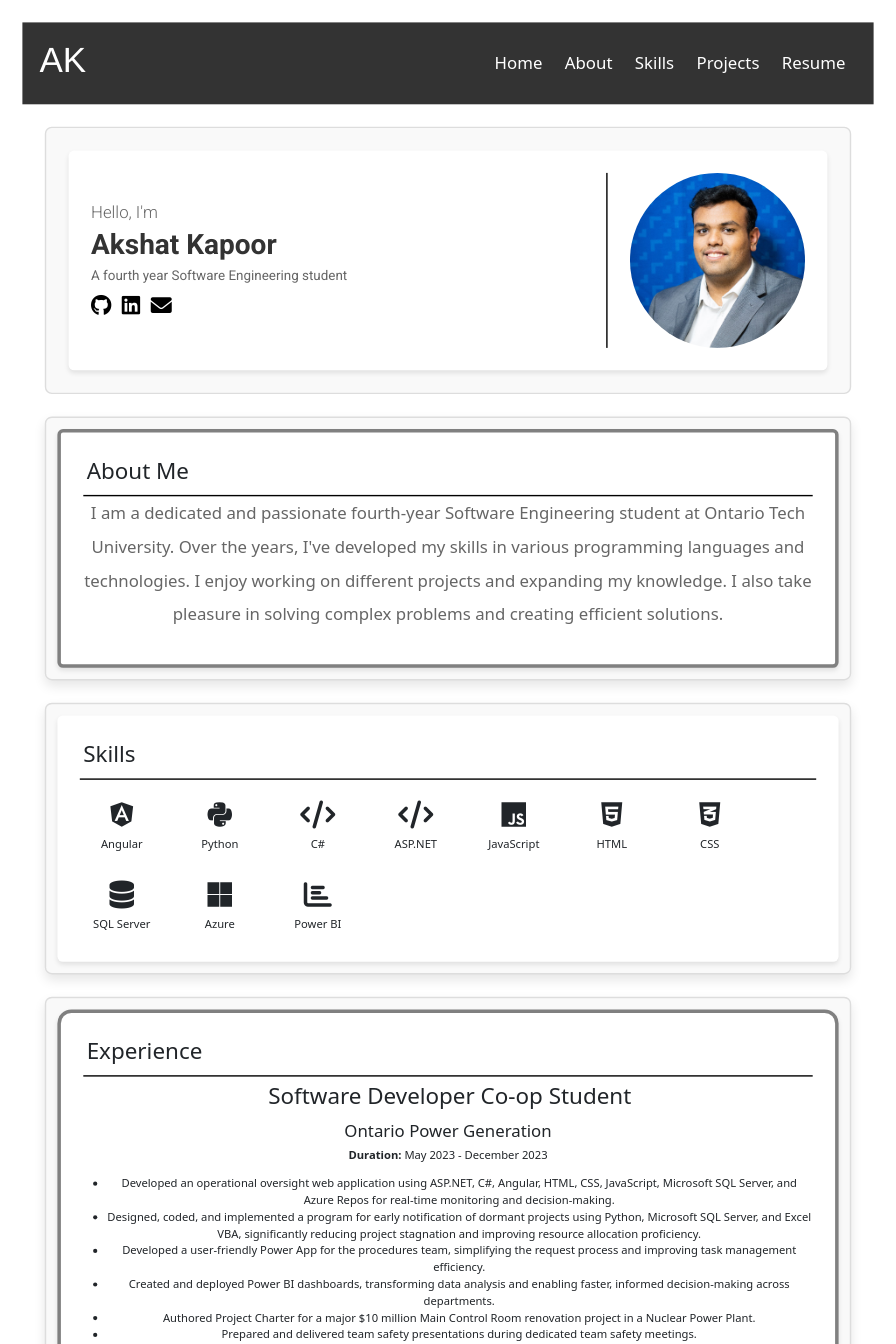
Repository: AkshatKapo/My-Portfolio
Page: /
The author's editor kept a copy of each file at every save. The page is drawn from the files as they stood at one save, then again after the next save.
The browser window is 1280 px wide. The pictures show the part of the page from y = 0 to 1920 px (the page is 3301 px tall), at 70% of full size.
The project was rebuilt for these pictures with package versions that can differ from the ones it lists, and the page was loaded fresh each time. Also part of the build but not shown: vite.config.js.

Above is the page before, as saved 2024-06-18 18:14:43.

### index.html
<!DOCTYPE html>
<html lang="en">
  <head>
    <meta charset="UTF-8" />
    <link rel="stylesheet" href="https://cdnjs.cloudflare.com/ajax/libs/font-awesome/6.0.0-beta3/css/all.min.css">
    <link rel="stylesheet" href="https://maxcdn.bootstrapcdn.com/bootstrap/4.5.2/css/bootstrap.min.css">

    <meta name="viewport" content="width=device-width, initial-scale=1.0" />
    <title>Vite + React</title>
  </head>
  <body>
    <div id="root"></div>
    <script type="module" src="/src/main.jsx"></script>
  </body>
</html>

### src/main.jsx
import React from 'react'
import ReactDOM from 'react-dom/client'
import App from './App'
import './index.css'
import 'bootstrap/dist/css/bootstrap.min.css';


ReactDOM.createRoot(document.getElementById('root')).render(
  <React.StrictMode>
    <App />
  </React.StrictMode>,
)

### src/App.jsx
import { useEffect } from 'react';
import './App.css';
import Header from './components/Header';
import Home from './components/Home';
import About from './components/About';
import Experience from './components/Experience'; // Corrected import path
import Projects from './components/projects';
import Contact from './components/Contact';
import Skill from './components/skill'
function App() {
  useEffect(() => {
    function reveal() {
      let reveals = document.querySelectorAll(".reveal");// stores all the elements with class reveal into an array

      for (var i = 0; i < reveals.length; i++) { // iterates through reveals array, takes the each element with class reveals
        let windowHeight = window.innerHeight; // gets the height of the view port
        let elementTop = reveals[i].getBoundingClientRect().top;// gets the postion of the element relative to the view port
        let sectionHeight = reveals[i].offsetHeight;// calculates the hieght of the element
        let elementVisible = windowHeight - elementTop > 0 ? windowHeight - elementTop : 0;// calculates the porton  of the element visible(Dstance between the top of the view port  and bottom of visible part of  the element)
        let visibilityRatio = elementVisible / sectionHeight; // Fraction of the element visible

        if (visibilityRatio > 0.5) {  // if the visibility ratio is greater than half then it will make it visible
          reveals[i].classList.add("active");// add class actve to the element to make it visible
        } else { // if its less than 0.5 than it wll not display it or remove the class
          reveals[i].classList.remove("active");
        }
      }
    }

    window.addEventListener("scroll", reveal);// Add scroll as event listenere because wewe want to dsplay elements as user scrolls down

    // Call reveal initially to check the visibility of elements when the component mounts
    reveal();

    // Cleanup function to remove event listener when component unmounts
    return () => {
      window.removeEventListener("scroll", reveal);
    };
  }, []);


  return (
    <div>
      <Header />
      <Home />
      <About />
      <Skill />
      <Experience />
      <Projects />
      <Contact />

    </div>
  );
}

export default App;

/*
Mount: useEffect runs, reveal function defined and called, scroll event listener added.
Scroll: Each scroll triggers the reveal function to recalculate and update element visibility.
Unmount: Cleanup function removes the scroll event listener.
*/

### src/index.css
body {
    font-family: 'Segoe UI', Tahoma, Geneva, Verdana, sans-serif;
    background-color:#ccddff;
    color:black;
    margin: 0;
    padding: 0;
  }


  #root {
    display: flex;
    flex-direction: column;
    min-height: 100vh;
  }

### src/App.css
#root {
  max-width: 1280px;
  margin: 0 auto;
  padding: 2rem;
  text-align: center;
}
.reveal {
  opacity: 0;
  transform: translateY(100px);
  transition: opacity 0.6s ease-out, transform 0.6s ease-out;
}

.reveal.active {
  opacity: 1;
  transform: translateY(0);
}

### src/components/Header.jsx
import React from 'react'
import './Header.css'

const Header = () => {
  return (
    <header>
      <h1 className='title'>AK</h1>
      <nav>
        <ul>
          <li><a href="#home">Home</a></li>
          <li><a href="#about">About</a></li>
          <li><a href="#skills">Skills</a></li>
          <li><a href="#projects">Projects</a></li>
          <li><a href="/Akshat_Kapoor_Resume.pdf">Resume</a></li>
        </ul>
      </nav>
    </header>
  )
}

export default Header

### src/components/Home.jsx
import React from "react";
import "./Home.css";

const Home = () => {
  return (
    <div className="reveal">
      <section id="home">
        <div className="home-content">
          <div className="text-content">
            <h3>Hello, I'm</h3>
            <h1>Akshat Kapoor</h1>
            <h4>A fourth year Software Engineering student</h4>
            <div className="social-icons">
              <a href="https://github.com/yourusername" target="_blank" rel="noopener noreferrer">
                <i className="fab fa-github"></i>
              </a>
              <a href="https://www.linkedin.com/in/yourusername" target="_blank" rel="noopener noreferrer">
                <i className="fab fa-linkedin"></i>
              </a>
              <a href="mailto:youremail@gmail.com" target="_blank" rel="noopener noreferrer">
                <i className="fas fa-envelope"></i>
              </a>
            </div>
          </div>
          <div className="line1"></div>
          <div className="image-content">
            <img
              src="/assets/images/1666144074188.jpeg"
              alt="Akshat Kapoor"
              className="profile-image"
            />
          </div>
        </div>
      </section>
    </div>
  );
};

export default Home;

### src/components/About.jsx
import React from 'react';
import './About.css';

function About() {
  return (
    <section id="about">
      <div id='about-content'>
       <h2>About Me</h2>
       <div className='seperator'>


       </div>
       <p>I am a dedicated and passionate fourth-year Software Engineering student at Ontario Tech University. Over the years, I've developed my skills in various programming languages and technologies. I enjoy working on different projects and expanding my knowledge. I also take pleasure in solving complex problems and creating efficient solutions. </p>
      </div>
    </section>
  );
}

export default About;

### src/components/Experience.jsx
import React from 'react'
import './Experience.css'

const Experience = () => {
  return (
    <div className="reveal">
      <section id="experience">
        <div id="experience-content">
          <h2>Experience</h2>
          <div className="divider1"></div>
          <div>
            <h3>Software Developer Co-op Student</h3>
            <h4>Ontario Power Generation</h4>
            <p>
              <strong>Duration:</strong> May 2023 - December 2023
            </p>
            <ul>
              <li>Developed an operational oversight web application using ASP.NET, C#, Angular, HTML, CSS, JavaScript, Microsoft SQL Server, and Azure Repos for real-time monitoring and decision-making.</li>
              <li>Designed, coded, and implemented a program for early notification of dormant projects using Python, Microsoft SQL Server, and Excel VBA, significantly reducing project stagnation and improving resource allocation proficiency.</li>
              <li>Developed a user-friendly Power App for the procedures team, simplifying the request process and improving task management efficiency.</li>
              <li>Created and deployed Power BI dashboards, transforming data analysis and enabling faster, informed decision-making across departments.</li>
              <li>Authored Project Charter for a major $10 million Main Control Room renovation project in a Nuclear Power Plant.</li>
              <li>Prepared and delivered team safety presentations during dedicated team safety meetings.</li>
            </ul>
          </div>
        </div>
      </section>
    </div>
  )
}

export default Experience

### src/components/projects.jsx
import React from "react";
import "./projects.css";

const projects = () => {
  return (
    <section id="projects">
      <div class="project-list">
        <h2>Projects</h2>
        <div className="seperator"></div>
        <div class="project-row">
          <div class="project">
            <h3>Digit Recognizer</h3>
            <img src="/assets/images/image.jpg"></img>
            <p>
              Developed a PyTorch-based neural network with a four-layer
              feedforward architecture to classify MNIST handwritten digits
              using Python programming language and Machine learning methods.
            </p>
            <a href="/Machine_Learning_Project.pdf" class="Projectbutton">
              View Report
            </a>
            <a href="link-to-project1" class="Projectbutton2">
              View Project
            </a>
          </div>
          <div class="project">
            <h3>Next-Day Date Calculation: Java Test Case Design </h3>
            <img src="/assets/images/date.jpg"></img>
            <p>
              Developed a Java program for next-day date calculation, leveraging
              JUnit for systematic testing.{" "}
            </p>
            <a href="/100781511_Akshat_Kapoor_TestDesignAssignment_NextDate.pdf" class="Projectbutton">
              View Report
            </a>
            <a href="link-to-project1" class="Projectbutton2">
              View Project
            </a>
          </div>
        </div>
        <div class="project-row">
          <div class="project">
            <h3>Camera Motoin Sensor System</h3>
            <img src="/assets/images/moton sensor.jpg"></img>
            <p>
              Developed a software project management project related to a
              camera motion sensor system, which includes creating project plans and techncal documents.
            </p>
            <a href="/SPM_Project.pdf" class="Projectbutton">
              View Report
            </a>
            <a href="link-to-project1" class="Projectbutton2">
              View Project
            </a>
          </div>
          <div class="project">
            <h3>Course Registeration Website</h3>
            <img src="/assets/images/coursespage.jpg"></img>
            <p>
              Developed a university course registration website,
              meeting deadlines and objectives using HTML, CSS, JavaScript,
              Bootstrap, PHP, and SQL for design and functionality.
            </p>
            <a href="/Data_Report.pdf" class="Projectbutton">
              View Report
            </a>
            <a href="link-to-project1" class="Projectbutton2">
              View Project
            </a>
          </div>
        </div>
      </div>
    </section>
  );
};

export default projects;

### src/components/Contact.jsx
import React from "react";
import "./Contact.css";

const Contact = () => {
  return (
    <footer id="footer">
      <div className="footer-content">
        <ul className="footer-icons">
          <li>
            <a
              href="https://github.com/yourusername"
              target="_blank"
              rel="noopener noreferrer"
            >
              <i className="fab fa-github"></i>
            </a>
          </li>
          <li>
            <a
              href="https://www.linkedin.com/in/yourusername"
              target="_blank"
              rel="noopener noreferrer"
            >
              <i className="fab fa-linkedin"></i>
            </a>
          </li>
          <li>
            <a
              href="mailto:youremail@gmail.com"
              target="_blank"
              rel="noopener noreferrer"
            >
              <i className="fas fa-envelope"></i>
            </a>
          </li>
        </ul>

      </div>
      <p className="footer-copy">© 2024 Akshat Kapoor</p>
    </footer>
  );
};

export default Contact;

### src/components/skill.jsx
import React from 'react'
import './skill.css'

const skills = [
    { name: "Angular", icon: "fab fa-angular" },
    { name: "Python", icon: "fab fa-python" },
    { name: "C#", icon: "fas fa-code" },
    { name: "ASP.NET", icon: "fas fa-code" },
    { name: "JavaScript", icon: "fab fa-js" },
    { name: "HTML", icon: "fab fa-html5" },
    { name: "CSS", icon: "fab fa-css3-alt" },
    { name: "SQL Server", icon: "fas fa-database" },
    { name: "Azure", icon: "fab fa-microsoft" },
    { name: "Power BI", icon: "fas fa-chart-bar" },
  ];

function skill() {
  return (
    <div className="reveal">
      <section id="skills">
        <div className="skills-content">
          <h2>Skills</h2>
          <div className="separator"></div>
          <div className="skills-list">
            {skills.map((skill) => (
              <div className="skill" key={skill.name}>
                <i className={skill.icon}></i>
                <p>{skill.name}</p>
              </div>
            ))}
          </div>
        </div>
      </section>
    </div>
  )
}

export default skill

### src/components/Header.css
header {
  background-color: #333;
  color: white;
  padding: 2%;
  display: flex;
  justify-content: space-between;
  align-items: center;

    /* text-align: center; */
  }
  .title {
    font-family: 'Helvetica', sans-serif;
    font-size: 50px;
    background:white;
    -webkit-background-clip: text;
    color: transparent;
  }


  nav ul {
    list-style-type: none;
    padding: 0;
    margin: 0;
    display: flex;
  }

  nav ul li {
    margin: 0 1rem;
  }

  nav ul li a {
    color: white;
    text-decoration: none;
    font-size: 150%;
  }

### src/components/Home.css
@import url('https://fonts.googleapis.com/css2?family=Roboto:wght@300;400;700&display=swap');

#home {
  padding: 2rem;
  display: flex;
  justify-content: center;
  align-items: center;
  background-color: #f9f9f9;
  border: 2px solid #ddd; /* Light border */
  border-radius: 10px; /* Rounded corners */
  margin: 2rem; /* Margin to ensure it doesn’t touch the edges of the container */
}

.home-content {
  display: flex;
  justify-content: space-between;
  align-items: center;
  width: 100%;
  max-width: 1200px; /* Adjust the max-width as needed */
  background: #fff; /* Background for the content */
  padding: 2rem; /* Padding around the content */
  box-shadow: 0 4px 8px rgba(0, 0, 0, 0.1); /* Shadow for styling */
  border-radius: 8px; /* Rounded corners */
}

.text-content {
  flex: 1;
  padding-right: 1.5rem;
  font-family: 'Roboto', sans-serif;
  text-align: left;
}

.text-content h3 {
  font-size: 1.5rem; /* Adjust the font size as needed */
  font-weight: 300;
  color: #666;
  margin-bottom: 0.5rem;
}

.text-content h1 {
  font-size: 2.5rem; /* Adjust the font size as needed */
  font-weight: 700;
  color: #333;
  margin-bottom: 0.5rem;
}

.text-content h4 {
  font-size: 1.2rem; /* Adjust the font size as needed */
  font-weight: 400;
  color: #666;
  margin-bottom: 1rem;
}

.image-content {
  flex: 0 0 250px;
  display: flex;
  justify-content: center;
  align-items: center;
}

.profile-image {
  width: 100%;
  height: auto;
  max-width: 250px;
  max-height: 250px;
  border-radius: 50%;
  object-fit: cover;
}

.social-icons {
  display: flex;
  gap: 15px; /* Adjust the spacing between icons */
  justify-content: flex-start;
}

.social-icons a {
  color: #000; /* Change the color if needed */
  text-decoration: none;
}

.social-icons i {
  font-size: 30px; /* Adjust the size of the font-awesome icons */
}

/* Add hover effect if desired */
.social-icons a:hover {
  opacity: 0.7; /* Example hover effect */
}

.line1 {
  border-left: 2px solid black;
  height: 250px; /* Set to match the height of the image */
  margin: 0 2rem; /* Adjust as needed to create space around the line */
}

### src/components/About.css
#about {
  padding: 1rem;
  display: flex;
  background-color: #f9f9f9;
  border: 2px solid #ddd; /* Light border */
  border-radius: 10px; /* Rounded corners */
  box-shadow: 0 8px 16px rgba(0, 0, 0, 0.1); /* Shadow for depth */
  margin: 2rem; /* Margin to ensure it doesn’t touch the edges of the container */



}
#about-content {
  display: table-column;
  justify-content: space-between;
  width: 100%;
  max-width: 1200px; /* Adjust the max-width as needed */
  background: #fff; /* Background for the content */
  padding: 2rem; /* Padding around the content */
  box-shadow: 0 4px 8px rgba(0, 0, 0, 0.1); /* Shadow for styling */
  border-radius: 8px; /* Rounded corners */
}


#about h2 {
  font-size: 2rem;
  text-align: left; /* This will align the heading to the left */
  margin-bottom: 1rem; /* Adding some space between the heading and the paragraph */
  margin-top: 0.2rem;
  margin-left: 0.3rem;


}
.seperator {
  border-top: 2px solid black;
  width: 100%; /* Adjust as needed */
  margin: 20px 3; /* Adjust as needed */
}

#about p {
  font-size: 1.5rem; /* Adjust the font size as needed */
  line-height: 2; /* Adjust the line height as needed */
  color: #666;
  font-weight: 300;
  }
#about {
  padding: 1rem;
  display: flex;
  background-color: #f9f9f9;
  border: 2px solid #ddd; /* Light border */
  border-radius: 10px; /* Rounded corners */
  box-shadow: 0 8px 16px rgba(0, 0, 0, 0.1); /* Shadow for depth */
  margin: 2rem; /* Margin to ensure it doesn’t touch the edges of the container */



}
#about-content {
  display: table-column;
  justify-content: space-between;
  width: 100%;
  max-width: 1200px; /* Adjust the max-width as needed */
  background: #fff; /* Background for the content */
  padding: 2rem; /* Padding around the content */
  box-shadow: 0 4px 8px rgba(0, 0, 0, 0.1); /* Shadow for styling */
  border-radius: 8px; /* Rounded corners */
  border: 5px solid grey

}


#about h2 {
  font-size: 2rem;
  text-align: left; /* This will align the heading to the left */
  margin-bottom: 1rem; /* Adding some space between the heading and the paragraph */
  margin-top: 0.2rem;
  margin-left: 0.3rem;


}
.seperator {
  border-top: 2px solid black;
  width: 100%; /* Adjust as needed */
  margin: 20px 3; /* Adjust as needed */
}

#about p {
  font-size: 1.5rem; /* Adjust the font size as needed */
  line-height: 2; /* Adjust the line height as needed */
  color: #666;
  font-weight: 300;
  }

### src/components/Experience.css
#experience {
  padding: 1rem;
  display: flex;
  background-color: #f9f9f9;
  border: 2px solid #ddd; /* Light border */
  border-radius: 10px; /* Rounded corners */
  box-shadow: 0 8px 16px rgba(0, 0, 0, 0.1); /* Shadow for depth */
  margin: 2rem; /* Margin to ensure it doesn’t touch the edges of the container */
  }
  #experience-content{
    display: table-column;
    justify-content: space-between;
    width: 100%;
    max-width: 1200px; /* Adjust the max-width as needed */
    background: #fff; /* Background for the content */
    padding: 2rem; /* Padding around the content */
    box-shadow: 0 4px 8px rgba(0, 0, 0, 0.1); /* Shadow for styling */
    border-radius: 20px; /* Rounded corners */
    border: 5px solid grey;
  }
  #experience h2 {
    font-size: 2rem;
    text-align: left; /* This will align the heading to the left */
    margin-bottom: 1rem; /* Adding some space between the heading and the paragraph */
    margin-top: 0.2rem;
    margin-left: 0.3rem;

  }
  .divider1 {
    border-top: 2px solid black;
    width: 100%; /* Adjust as needed */
    margin: 20px 3; /* Adjust as needed */
  }
  #experience h3 {
    font-size: 2rem;
    text-align: center;
    margin-bottom: 1rem; /* Adding some space between the heading and the paragraph */
    margin-top: 0.5rem;
    margin-left: 0.3rem;

  }
  .experience-content ul {
    list-style-type: disc; /* or another type of bullet, like circle or square */
    margin-left: 20px;
  }

  .experience-content li {
    margin-bottom: 10px;
  }

### src/components/Contact.css
#footer {
  background-color: #333;
  padding: 1rem 0;
  text-align: center;
  color: white;
}

.footer-content {
  display: flex;
  justify-content: center;
  align-items: center;
  margin-bottom: 1rem;
}

.footer-icons {
  list-style: none;
  padding: 0;
  margin: 0;
  text-align: center;
}

.footer-icons li {
  display: inline-block;
  margin: 0 20px; /* Increased margin for more gap between icons */
}

.footer-icons li a {
  color: grey; /* Change color as needed */
  font-size: 40px; /* Adjust size as needed */
  text-decoration: none;
}

.footer-icons li a:hover {
  color: #007bff; /* Change color on hover as needed */
}
.footer-copy {
  margin-top: 1rem;
  font-size: 16px;
  color: #aaa;
}

### src/components/skill.css
#skills {
  padding: 1rem;
  display: flex;
  background-color: #f9f9f9;
  border: 2px solid #ddd; /* Light border */
  border-radius: 10px; /* Rounded corners */
  box-shadow: 0 8px 16px rgba(0, 0, 0, 0.1); /* Shadow for depth */
  margin: 2rem; /* Margin to ensure it doesn’t touch the edges of the container */
}

.skills-content {
  display: table-column;
  justify-content: space-between;
  width: 100%;
  max-width: 1200px; /* Adjust the max-width as needed */
  background: #fff; /* Background for the content */
  padding: 2rem; /* Padding around the content */
  box-shadow: 0 4px 8px rgba(0, 0, 0, 0.1); /* Shadow for styling */
  border-radius: 8px; /* Rounded corners */
}

.skills-list {
  display: flex;
  flex-wrap: wrap;
  gap: 20px;
}

#skills h2 {
  font-size: 2rem;
  text-align: left; /* This will align the heading to the left */
  margin-bottom: 1rem; /* Adding some space between the heading and the paragraph */
  margin-top: 0.2rem;
  margin-left: 0.3rem;
}

.skill {
  display: flex;
  flex-direction: column;
  align-items: center;
  width: 100px;
  margin: 10px;
}

.skill i {
  font-size: 40px;
  margin-bottom: 10px;
}

.skill p {
  font-size: 16px;
  margin: 0;
}

.separator {
  height: 2px;
  width: 100%; /* Set to 100% to fill the parent container */
  background-color: #000;
  margin: 10px auto 20px;
}

Loaded but not shown: src/components/projects.css (103 lines, source omitted)

After the next save:
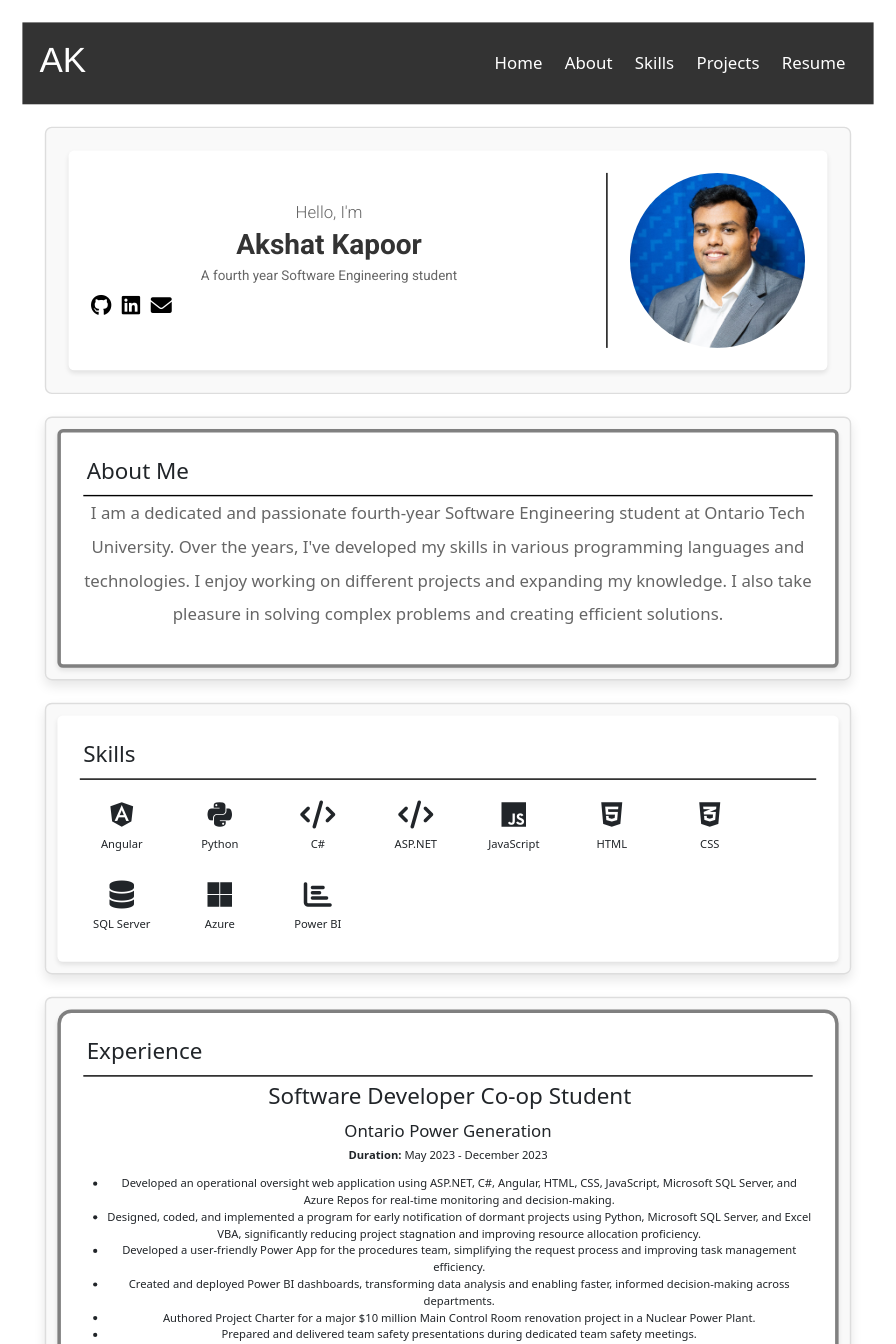
Saved 18 s later.
--- a/src/components/Home.css
+++ b/src/components/Home.css
@@ -27,7 +27,7 @@
   flex: 1;
   padding-right: 1.5rem;
   font-family: 'Roboto', sans-serif;
-  text-align: left;
+
 }
 
 .text-content h3 {
